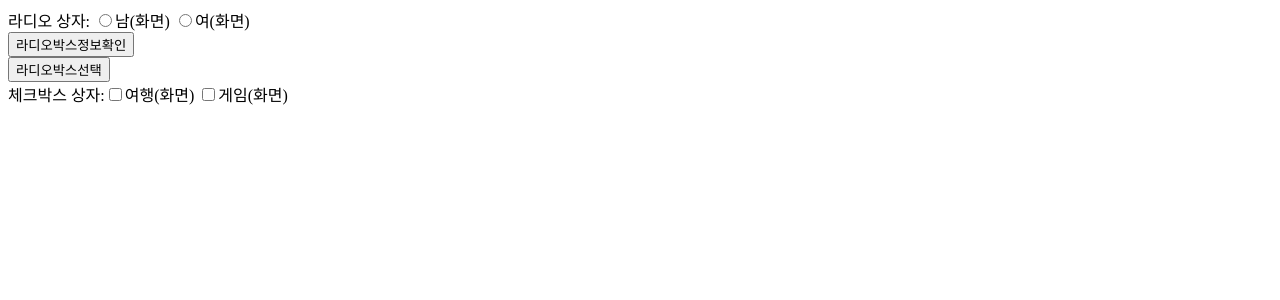
Repository: hololog/workspace_jsp1
Page: JspStudy/src/main/webapp/js1/test15.html
These files come from the project's save history. The page is drawn as it stood at one moment and after the next save; the edit follows.
The browser window is 1280 px wide. The pictures show the whole page.

Above is the page before, as saved 2021-12-14 07:30:53.

After the next save:
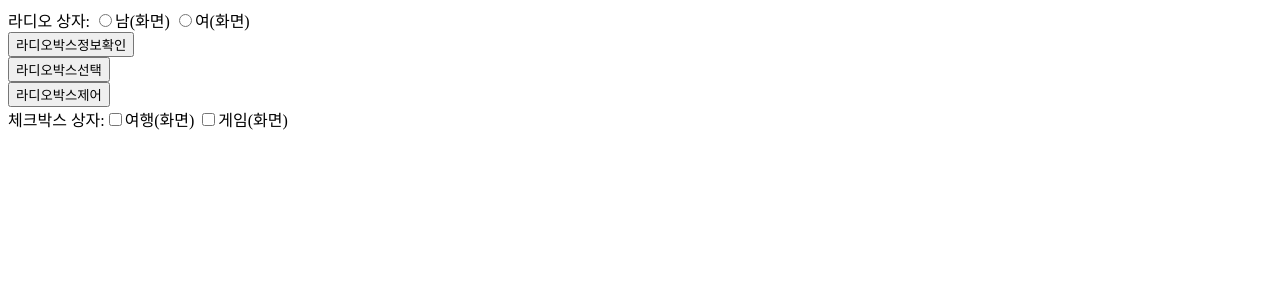
Saved 58 s later.
--- a/JspStudy/src/main/webapp/js1/test15.html
+++ b/JspStudy/src/main/webapp/js1/test15.html
@@ -50,11 +50,13 @@
 
            	   <input type="button" value="라디오박스정보확인" onclick="f1()"><br>
            	   <input type="button" value="라디오박스선택" onclick="f2()"><br>
+           	   <input type="button" value="라디오박스제어" onclick="f3()"><br>
 
      체크박스 상자:<input type="checkbox" name="ch" value="여행">여행(화면)
                <input type="checkbox" name="ch" value="게임">게임(화면)<br>
 
 <!-- 			   <input type="button" value="체크박스정보확인" onclick="f3()">	 -->
+<!-- 			   <input type="button" value="체크박스정보확인" onclick="f4()">	 -->
 	</form>
 </body>
 </html>
